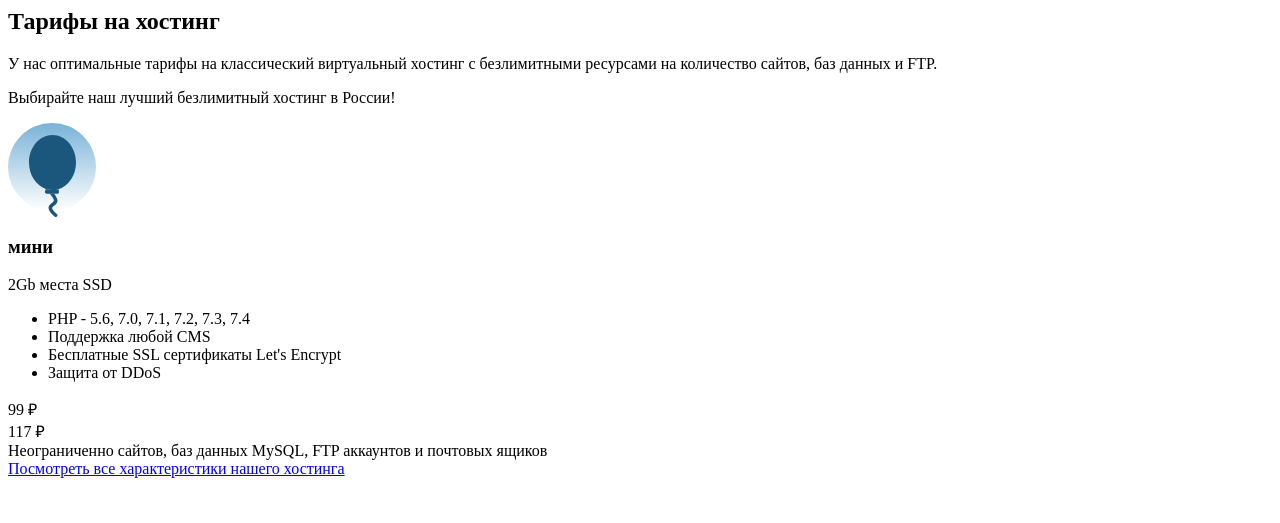
Repository: Inzhir2022/hosting
Page: src/_includes/_tariffs.html
The author's editor kept a copy of each file at every save. The page is drawn from the files as they stood at one save, then again after the next save.
The browser window is 1280 px wide. The pictures show the whole page.

Above is the page before, as saved 2022-07-16 17:43:33.

### src/_includes/_tariffs.html
<section class="tariffs">
  <div class="container">
    <h2 class="tariffs__title">Тарифы на хостинг</h2>
    <div class="tariffs__text">
      <p>У нас оптимальные тарифы на классический виртуальный хостинг с безлимитными ресурсами на количество сайтов, баз данных и FTP.</p>
      <p>Выбирайте наш лучший <span class="tariffs__text_bold"> безлимитный</span> хостинг в России!</p>
    </div>
    <div class="tariffs__cards cards-block">
      <div class="card tariffs__card">
        <div class="card__header">
          <img src="../img/tariffs/tariffs_mini.svg" alt="icon">
          <h3 class="card__title">мини</h3>

        </div>
        <div class="card__body">
          <div class="card__subheader">2Gb места SSD </div>
          <ul class="card__list">
            <li class="card__item">PHP - 5.6, 7.0, 7.1, 7.2, 7.3, 7.4</li>
            <li class="card__item">Поддержка любой CMS</li>
            <li class="card__item">Бесплатные SSL сертификаты Let's Encrypt</li>
            <li class="card__item">Защита от DDoS</li>
          </ul>
        </div>
        <div class="card__footer">
          <div class="card__price">
            <div class="new-price">99 ₽</div>
            <div class="old-price">117 ₽</div>
          </div>
          <div class="btn card__btn"></div>
        </div>
      </div>
    </div>
    <div class="cards-block__descr">Неограниченно сайтов, баз данных MySQL, FTP аккаунтов и почтовых ящиков</div>
    <div class="tariffs__link-more">
      <a href="#">Посмотреть все характеристики нашего хостинга</a>
    </div>
  </div>
</section>

After the next save:
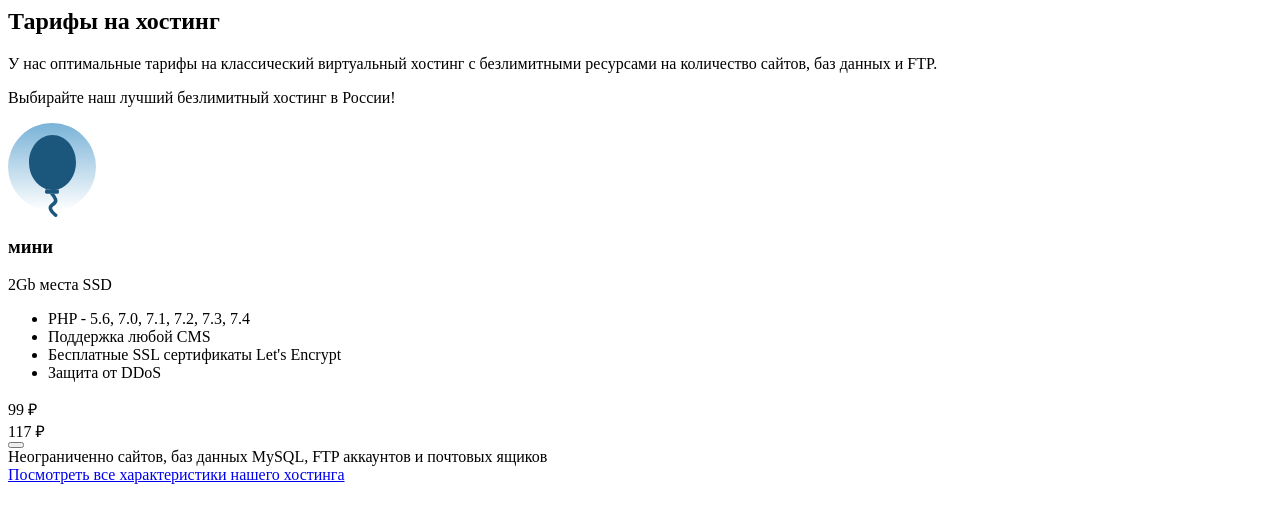
Saved 11 s later.
--- a/src/_includes/_tariffs.html
+++ b/src/_includes/_tariffs.html
@@ -26,7 +26,9 @@
             <div class="new-price">99 ₽</div>
             <div class="old-price">117 ₽</div>
           </div>
-          <div class="btn card__btn"></div>
+          <div class="btn card__btn">
+            <button></button>
+          </div>
         </div>
       </div>
     </div>
